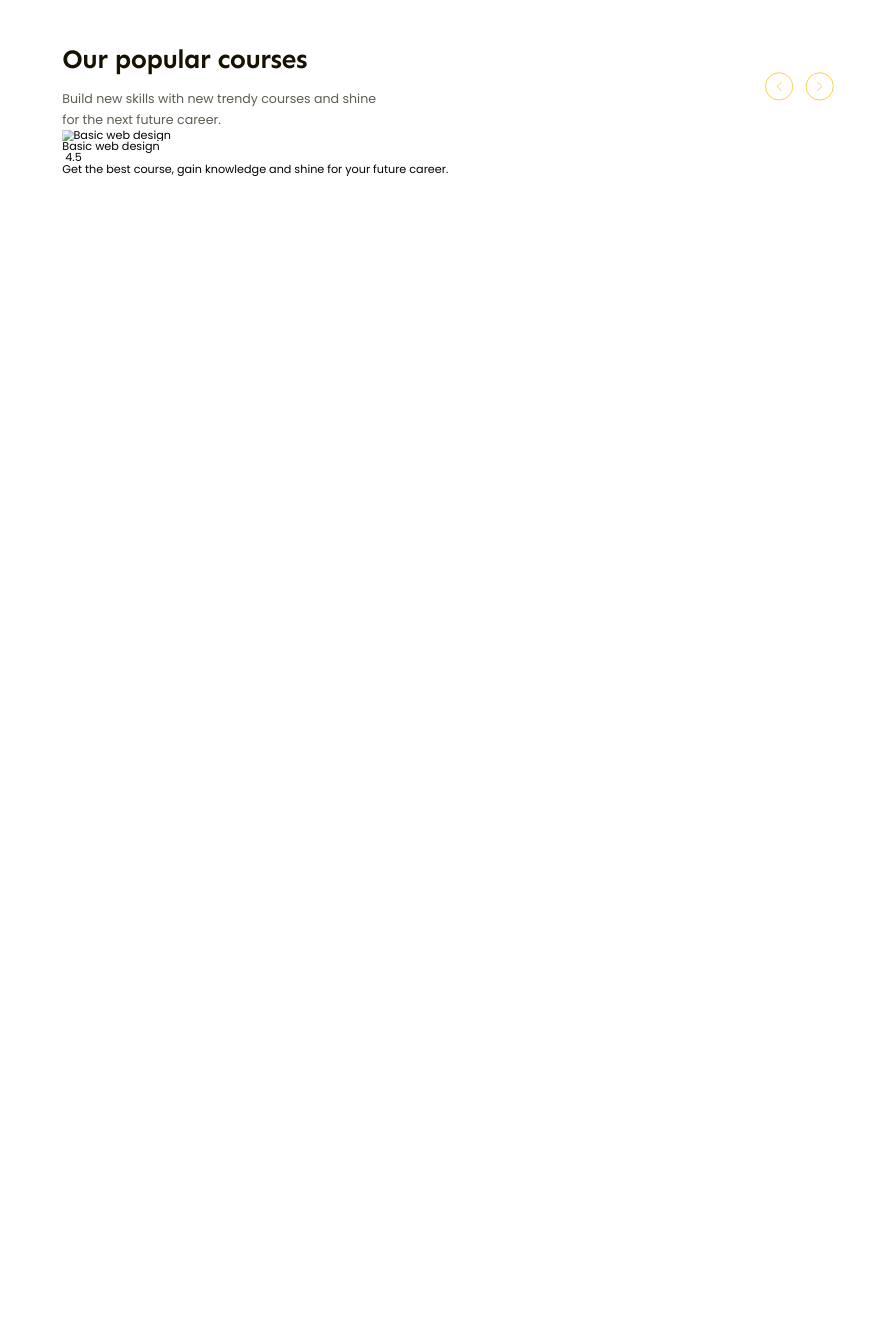
Repository: anhtien111198/f8-htmlcss-02
Page: index.html
The author's editor kept a copy of each file at every save. The page is drawn from the files as they stood at one save, then again after the next save.
The browser window is 1280 px wide. The pictures show the part of the page from y = 1038 to 2938 px (the page is 5000 px tall), at 70% of full size.
A picture or video elsewhere on the page could not be fetched, so the positions and the page height are approximate.

Above is the page before, as saved 2023-05-09 10:06:33.

After the next save:
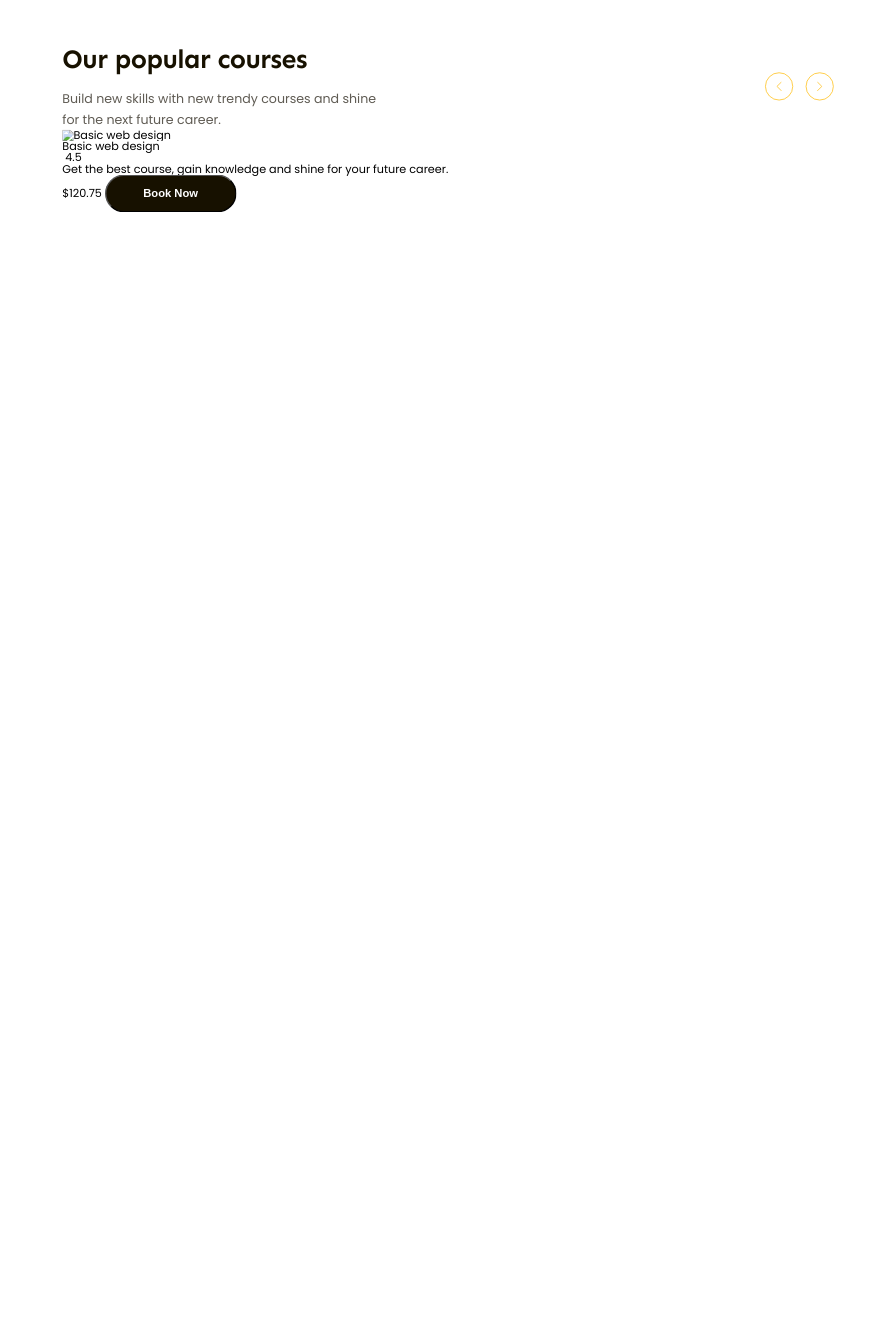
Saved 101 s later.
--- a/index.html
+++ b/index.html
@@ -198,6 +198,10 @@
                                 Get the best course, gain knowledge and shine
                                 for your future career.
                             </p>
+                            <div class="foot">
+                                <span class="price">$120.75</span>
+                                <button class="btn">Book Now</button>
+                            </div>
                         </div>
                     </div>
                 </div>
